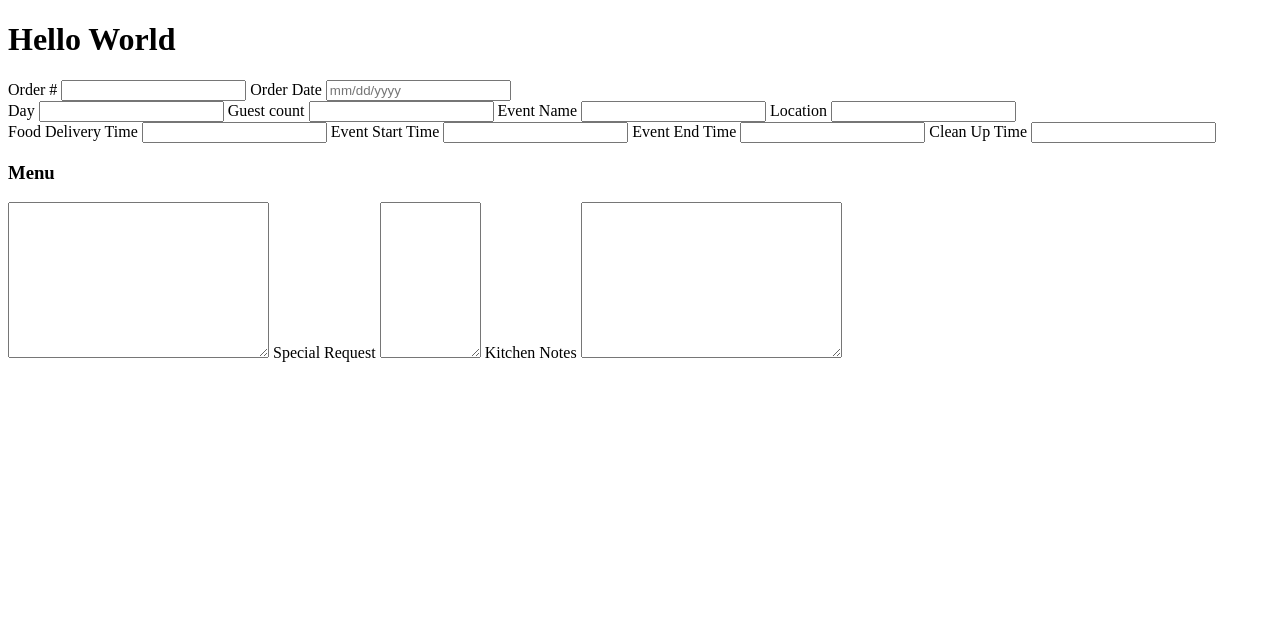
Repository: pmbyrd/rgp-catering
Page: index.html
These files come from the project's save history. The page is drawn as it stood at one moment and after a run of saves; the edit follows.
The browser window is 1280 px wide. The pictures show the whole page.

Above is the page before, as saved 2023-12-04 17:54:56.

### index.html
<!DOCTYPE html>
<html lang="en">

<head>
    <meta charset="UTF-8">
    <meta name="viewport" content="width=device-width, initial-scale=1.0">
    <title>Document</title>
</head>

<body>
    <h1>Hello World</h1>
    <form action="">
        <div class="details">
            <div class="order-details">
                <label for="order-id">Order #</label>
                <input type="text" id="order-id">
                <label for="order-date">Order Date</label>
                <input type="text" id="order-date" placeholder="mm/dd/yyyy">
            </div>
            <div class="details-info">
                <label for="order-day">Day</label>
                <input type="text" id="order-day">
                <label for="count">Guest count</label>
                <input type="text" id="count">
                <label for="event-name">Event Name</label>
                <input type="text" id="event-name">
                <label for="location">Location</label>
                <input type="text" id="location">
            </div>
            <div class="details-times">
                <label for="delivery-time">Food Delivery Time</label>
                <input type="text" id="delivery-time">
                <label for="start-time">Event Start Time</label>
                <input type="text" id="start-time">
                <label for="end-time">Event End Time</label>
                <input type="text" id="end-time">
                <label for="clean-up-time">Clean Up Time</label>
                <input type="text" id="clean-up-time">
            </div>
        </div>
        <div class="food-order">
            <label for="menu">
                <h3>Menu</h3>
                <textarea name="" id="" cols="30" rows="10"></textarea>
            </label>
            <label for="menu-request">Special Request</label>
            <textarea name="" id="" cols="10" rows="10"></textarea>
            <label for="menu-notes">Kitchen Notes</label>
            <textarea name="" id="" cols="30" rows="10"></textarea>
        </div>
    </form>
    <script src="index.js"></script>
</body>
</html>

Loaded but not shown: index.js (no stored copy; drawn as an empty file)

After the next 2 saves:
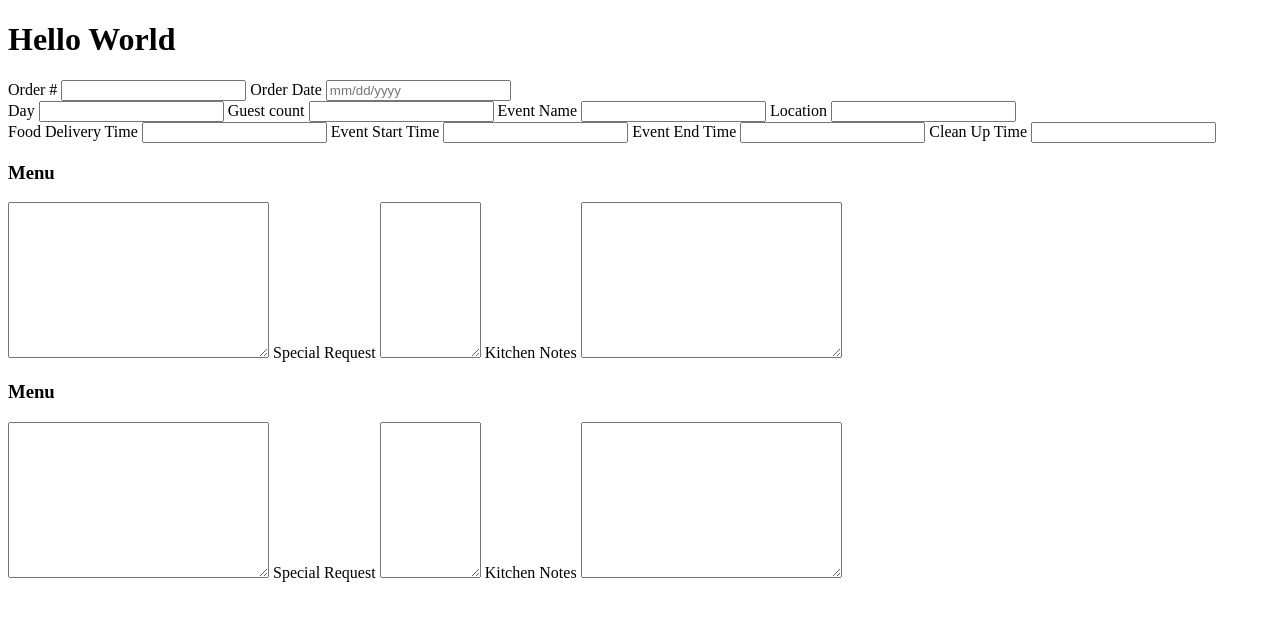
The 2 saves are shown as one change because they came seconds apart.
The last was saved 28 s later.
--- a/index.html
+++ b/index.html
@@ -48,6 +48,17 @@
             <label for="menu-notes">Kitchen Notes</label>
             <textarea name="" id="" cols="30" rows="10"></textarea>
         </div>
+         <div class="food-order">
+            <label for="menu">
+                <h3>Menu</h3>
+                <textarea name="" id="" cols="30" rows="10"></textarea>
+            </label>
+            <label for="menu-request">Special Request</label>
+            <textarea name="" id="" cols="10" rows="10"></textarea>
+            <label for="menu-notes">Kitchen Notes</label>
+            <textarea name="" id="" cols="30" rows="10"></textarea>
+        </div>
+
     </form>
     <script src="index.js"></script>
 </body>
